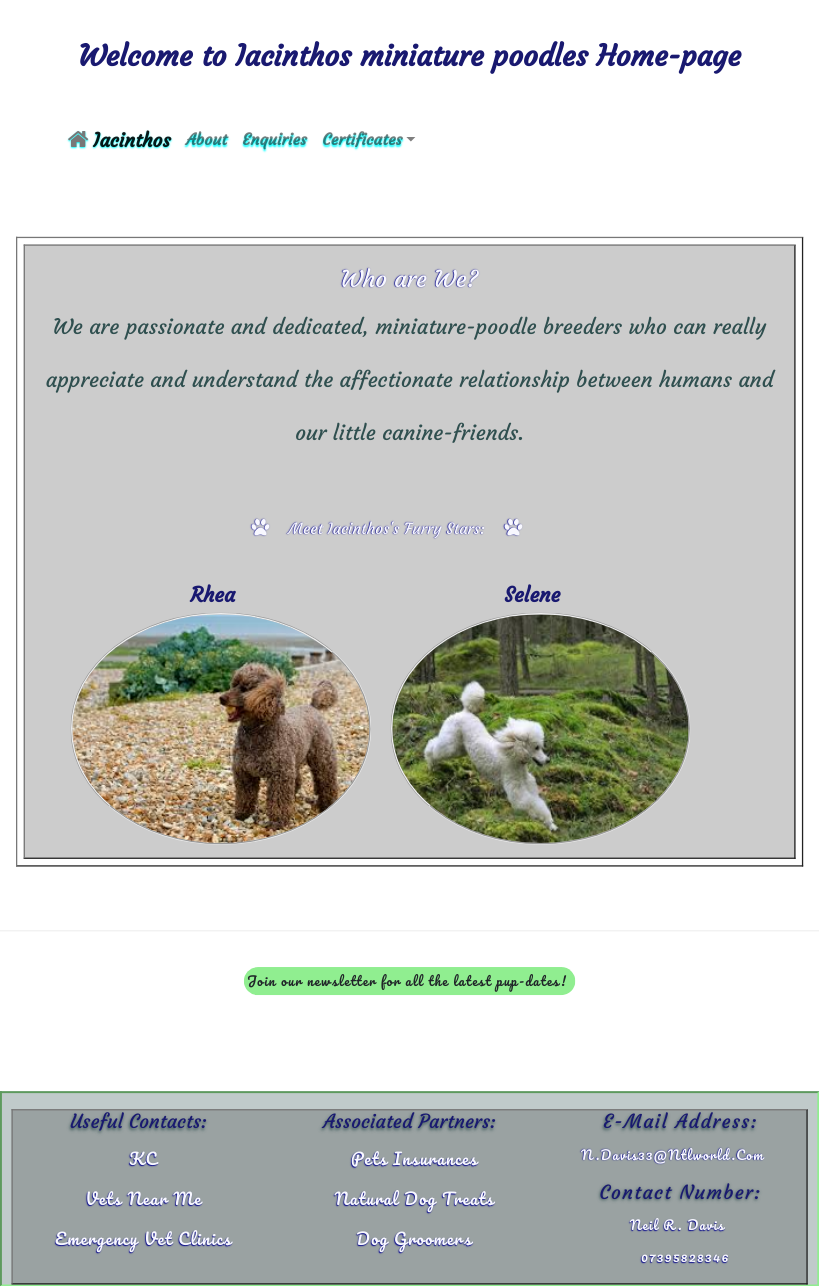
Repository: Code-Institute-Submissions/GeorgiosSklav-Iacinthos-blog
Page: index.html
The author's editor kept a record of every edit. The page is drawn from the files as they stood at one moment, then again after the next edit.
The browser window is 1280 px wide. The pictures show the whole page, at 64% of full size.

Above is the page before.

### index.html
<!DOCTYPE html>
<html lang="en">

<head>
    <meta charset="UTF-8">
    <meta name="viewport" content="width=device-width, initial-scale=1.0">
    <meta http-equiv="X-UA-Compatible" content="ie=edge">
    <link rel="stylesheet" href="https://stackpath.bootstrapcdn.com/bootstrap/4.3.1/css/bootstrap.min.css " integrity="sha384-ggOyR0iXCbMQv3Xipma34MD+dH/1fQ784/j6cY/iJTQUOhcWr7x9JvoRxT2MZw1T " crossorigin="anonymous">
    <title>Iacinthos mini Poodles</title>
    <link rel="stylesheet" href="https://stackpath.bootstrapcdn.com/font-awesome/4.7.0/css/font-awesome.min.css" integrity="sha384-wvfXpqpZZVQGK6TAh5PVlGOfQNHSoD2xbE+QkPxCAFlNEevoEH3Sl0sibVcOQVnN" crossorigin="anonymous">
    <link rel="stylesheet" href="style.css" type="text/css" />
</head>

<body>

    <!--Header-->

    <header class="container">
        <div class="row align-items-start homepage">
            <div class="col-12 logo">
                <h1>Welcome to Iacinthos miniature poodles Home-page</h1>
            </div>
        </div>
        <nav class="navbar navbar-light navbar-expand-sm">
            <div class="navbar-brand"><i class="fa fa-home"></i>Iacinthos</div>
            <button class="navbar-toggler ml-auto" type="button" data-toggle="collapse" data-target="#navbarNavDropdown" aria-controls="navbarNavDropdown">
            <span class="navbar-toggler-icon"></span></button>
            <div class="collapse navbar-collapse" id="navbarNavDropdown">
                <ul class="navbar-nav mt-auto mt-2 mt-lg-0">
                    <li class="nav-item item2 mr-2"><a class="nav-link" href="about-them.html">About</a></li>
                    <li class="nav-item mr-2"><a class="nav-link" href="request-form.html">Enquiries</a></li>
                    <li class="nav-item dropdown">
                        <div class="nav-link dropdown-toggle" id="navbarDropdownMenuLink" role="button" data-toggle="dropdown" aria-haspopup="true" aria-expanded="false">
                            Certificates</div>
                        <div class="dropdown-menu" aria-labelledby="navbarDropdownMenuLink">
                            <a class="dropdown-item" target="_blank" href="./Media/certificate.pdf"><i class="fa fa-download"></i>Kennel Club</a>
                            <a class="dropdown-item" target="_blank" href="./Media/lineage1.pdf"><i class="fa fa-download"></i>Blood-Lineage</a>
                        </div>
                    </li>
                </ul>
            </div>
        </nav>
    </header>

    <!--main-body-->

    <main>
        <div class="jumbotron-fluid about" id="frame">
            <div class="background-overlay">
                <div class="about">
                    <h3 class="about-title">Who are We?</h3>
                    <p>We are passionate and dedicated, miniature-poodle breeders who can really appreciate and understand the affectionate relationship between humans and our little canine-friends.</p>
                </div>

                <div class="container">
                    <div class="row introduction">
                        <div class="col-12 container-title capitalise">
                            <h4><i class="fa fa-paw" aria-hidden="true"></i>Meet Iacinthos's furry stars:<i class="fa fa-paw" aria-hidden="true"></i></h4>
                        </div>
                        <div class="col-10 offset-1 offset-sm-0 col-sm-6 offset-md-0 col-md-6">
                            <h5 class="dog-name">Rhea</h5>
                            <img src="./Media/photos/selene.jpg" class="img-50" alt="dog-white">
                        </div>
                        <div class="col-10 offset-1 offset-sm-0 col-sm-6 offset-md-0 col-md-6">
                            <h5 class="dog-name">Selene</h5>
                            <img src="./Media/photos/forest.jpg" class="img-50" alt="dog-brown">
                        </div>
                    </div>
                </div>
            </div>
        </div>
        <hr>

        <!--Modal-->

        <button type="button" class="btn btn-color" data-toggle="modal" data-target="#exampleModal">
  Join our newsletter for all the latest pup-dates!
</button>
        <div class="modal fade" id="exampleModal" tabindex="-1" role="dialog" aria-labelledby="exampleModalLabel" aria-hidden="true">
            <div class="modal-dialog" role="document">
                <div class="modal-content">
                    <div class="modal-header">
                        <h5 class="modal-title" id="exampleModalLabel">Join our family with a flick of your paw!</h5>
                        <button type="button" class="close" data-dismiss="modal" aria-label="Close">
                     <span aria-hidden="true">&times;</span>
        </button>
                    </div>
                    <div class="modal-body">
                        <form class="modal-newsletter">
                            <div class="form-group ">
                                <input type="email" class="form-control" id="InputEmail2" aria-describedby="InputEmail2" placeholder="Your Woof-mail....">
                            </div>
                            <div class="form-group">
                                <input type="password" class="form-control" id="InputPassword2" placeholder="....and a Woof-password">
                            </div>
                            <div class="form-group form-check">
                                <input type="checkbox" class="form-check-input" id="Check1">
                                <label class="form-check-label" for="Check1">Remember me</label>
                            </div>
                        </form>
                    </div>
                    <div class="modal-footer">
                        <button type="button" class="btn btn-danger" data-dismiss="modal">Close</button>
                        <button type="button" class="btn btn-info">Subscribe</button>
                    </div>
                </div>
            </div>
        </div>
    </main>

    <!--footer-->

    <footer class="container-fluid footer">
        <div class="background-overlay">
            <div class="row">

                <div class="col-12 col-md-3 col-lg-3">
                    <h4 class="social-title capitalise">Useful contacts:</h4>
                    <ul class="social-links">
                        <li>
                            <a target="_blank" href="https://www.thekennelclub.org.uk/">
                            <span class="capitalise">KC</span>
                        </a>
                        </li>
                        <li>
                            <a target="_blank" href="https://www.google.com/search?q=vet+near+me&oq=vet+near&aqs=chrome.0.0j69i57j0l4.4119j0j7&sourceid=chrome&ie=UTF-8">
                            <span class="capitalise">Vets near me</span>
                        </a>
                        </li>
                        <li>
                            <a target="_blank" href="https://www.google.com/search?q=emergency+vet+clinic+near+me&oq=emergency+vet&aqs=chrome.4.69i57j0l5.15430j0j7&sourceid=chrome&ie=UTF-8">
                            <span class="capitalise">Emergency vet clinics</span>
                        </a>
                        </li>

                    </ul>
                </div>
                <div class="col-12 col-md-3 col-lg-3">
                    <h4 class="social-title capitalise">Associated partners:</h4>
                    <ul class="social-links">
                        <li>
                            <a target="_blank" href="https://www.google.com/search?q=pet+insurance+near+me&oq=pet+ins&aqs=chrome.2.0j69i57j0l4.6094j0j7&sourceid=chrome&ie=UTF-8">
                            <span class="capitalise">pets insurances</span>
                        </a>
                        </li>
                        <li>
                            <a target="_blank" href="https://www.doglistener.co.uk/catalog/natural-dog-treats-0">
                            <span class="capitalise">natural dog treats</span>
                        </a>
                        </li>
                        <li>
                            <a target="_blank" href="https://www.google.com/search?q=dog+groomer+near+me&oq=dog+groomer&aqs=chrome.1.69i57j0l5.4790j0j7&sourceid=chrome&ie=UTF-8">
                            <span class="capitalise">Dog groomers</span>
                        </a>
                        </li>
                    </ul>
                </div>
               <div class="col-12 col-md-3 col-lg-3 contacts">
                    <h4 class="social-title capitalise">e-mail address:</h4>
                    <p class="capitalise social-links">
                        n.davis33@ntlworld.com
                    </p>
                    <h4 class="social-title capitalise">Contact number:</h4>
                    <ul class="social-links">
                        <li class="social-links capitalise">
                            neil r. davis
                        </li>
                        <li class="capitalise">
                            07395828346
                        </li>
                    </ul>
                </div>
            </div>
        </div>
    </footer>

    <script src="https://code.jquery.com/jquery-3.3.1.slim.min.js" integrity="sha384-q8i/X+965DzO0rT7abK41JStQIAqVgRVzpbzo5smXKp4YfRvH+8abtTE1Pi6jizo" crossorigin="anonymous"></script>
    <script src="https://cdnjs.cloudflare.com/ajax/libs/popper.js/1.14.7/umd/popper.min.js" integrity="sha384-UO2eT0CpHqdSJQ6hJty5KVphtPhzWj9WO1clHTMGa3JDZwrnQq4sF86dIHNDz0W1" crossorigin="anonymous"></script>
    <script src="https://stackpath.bootstrapcdn.com/bootstrap/4.3.1/js/bootstrap.min.js" integrity="sha384-JjSmVgyd0p3pXB1rRibZUAYoIIy6OrQ6VrjIEaFf/nJGzIxFDsf4x0xIM+B07jRM" crossorigin="anonymous"></script>
</body>

</html>

### style.css
@import url('https://fonts.googleapis.com/css?family=Courgette:100,200,300,400,500,600,700|Pacifico:100,200,300,400,500,600,700');

/*------------------------------------------------body background*/

body {
    line-height: 2.5;
    text-align: center;
}

.background-overlay {
    position: relative;
    height: 100%;
    width: 100%;
    padding: 0;
    background-color: rgba(0, 0, 0, 0.2);
    border: 2px outset #777;
}

h1 {
    font-family: "Courgette", sans-serif;
    font-weight: 700;
    font-size: 45px;
    color: #191970;
    margin-top: 35px;
    margin-bottom: 5px;
    padding-top: 25px;
}

.heading {
    margin: 25px;
}

.capitalise {
    text-transform: capitalize;
}

/*------------------------------------------------Navbar*/

.navbar {
    word-wrap: normal;
   margin-bottom: 100px;
   margin-top: 50px;
}

.navbar-light {
    font-family: 'Courgette', sans-serif;
    font-weight: 600;
    font-size: 25px;
    text-shadow: 0px 2px 3px #00ffff;
}

.nav-link {
margin: 0;
 right:0;
 bottom: 0;
 color: #fff;
}

.nav-link:hover {
    background-color: rgba(120, 0, 50, .1);
}
.dropdown {
    margin-left: 0;
    padding: 0;
}
.dropdown-menu {
    background-color: #a9a9a9;
    font-weight: 600;
    font-size: 20px;
 padding:0;
}

.dropdown-menu ul li:hover {
    background-color: #a9a9a9;
}

.ml-auto {
    background-color: #a9a9a9;
}

.navbar i {
    font-size: 35px;
    padding-top: 0;
    padding-bottom: 5px;
    padding-right: 2px;
    margin: 5px;
    color: #777;
}

.navbar-brand {
    font-size: 30px;
}

.fa-download {
    margin-right: 2px;
    margin-left: 2px;
}

.fa-download:hover {
    color: #fff;
}

/*------------------------------------------Media queries*/

@media (max-width: 300px) {
    .ml-auto:hover {
        background-color: #777;
    }
    .dropdown-item:hover {
        background-color: #777;

    }
    #navbarNavDropdown {
        background-color: #a9a9a9;
    }


    #navbarNavDropdown ul li:hover {
        background-color: #90ee90;
    }
}



@media (max-width: 3800px) {
    .dropdown-menu {
        background-color: rgba(120, 0, 50, .3);

    }
    .dropdown-item:hover {
        background-color: #777;
        color: #fff;
    }
    .col-lg-3 {
        flex: 30%;
        max-width: 100%;
    }
}

/*------------------------------------------------Homepage*/

.homepage a {
    text-decoration: none;
    height: 100%;
}

.introduction {
    height: 90%;
    width: 90%;
}

.img-10 {
    float: left;
    width: 15%;
    border-radius: 50%;
    border: groove #777;
}

.img-20 {
    float: right;
    width: 20%;
    border-radius: 50%;
    border: groove #777;
    margin: 2px;
}

.img-30 {
    float: left;
    width: 30%;
    border: groove #777;
    margin: 2px;
}

.img-50 {
    margin-left: 25px;
    margin-bottom: 20px;
    width: 100%;
    float: none;
    border-style: groove;
    border-radius: 50%;
}

/*--------------------------------------------texts,p*/

.container-title {
    text-align: center;
    margin: 35px;
    font-family: "Courgette", sans-serif;
    color: #f8f8ff;
    text-shadow: -1px 1px 2px #00008b;
}

.container-title i {
    font-size: 30px;
    padding: 15px;
    margin: 15px;
}

.dog-name {
    font-family: "Courgette", sans-serif;
    font-weight: 700;
    font-size: 32px;
    margin-left: 25px;
    color: #191970;
}

/*----------------------------------------about us section*/

.about {
    margin: 25px;
    font-family: "Courgette", sans-serif;
    font-size: 33px;
    color: #2f4f4f;
}

.about .about-title {
    color: #f8f8ff;
    text-shadow: -1px 1px 2px #00008b;
    font-size: 36px;
    padding: 5px 2px;
}

#frame {
    border: 2px outset #777;
    font-size: 33px;
    margin-top: 45px;
    margin-bottom: 100px;
    padding: 10px;
    font-weight: 200;
    background-color: #fff;
}

/*----------------------------------------newsletter button*/

.btn-color {
    background-color: #90ee90;
    font-family: "Pacifico", sans-serif;
    font-size: 20px;
    letter-spacing: 2px;
    margin: 40px 25px 150px;
    padding-left: 4px;
    border-radius: 50px;
}

.btn-color:hover {
    color: #90ee90;
    background-color: #777;
}

/*----------------------------------------Modal styling*/

.modal-title {
    font-family: "Pacifico", sans-serif;
    font-size: 25px;
    margin: 10px 5px;
}

.modal-content {
    background-color: #90ee90;
    text-shadow: -3px 2px 0.5px #ffefd5;
    color: #777;
}

.modal-footer .btn-danger,
.btn-info {
    margin-right: 20px;
}

.modal-body {
    padding: 0 15px 0 15px;
    top: 5px;
    bottom: 0;
    margin-top: 10px;
}


/*----------------------------------------footer*/

.footer {
    border: 3px inset #90ee90;
    background-color: rgba(47, 79, 79, .3);
    padding-top: 25px;
    margin: 0 5px 0 0;
    text-align: center;
    display: run-in;
}


.contacts .social-title {
    font-family: "Courgette", sans-serif;
    font-size: 30px;
    font-weight: 400;
    letter-spacing: 2px;
    color: #191970;
}


.social-links {
    list-style: none;
    padding-right: 25px;
    font-family: "Pacifico", sans-serif;
    color: #f8f8ff;
    font-size: 20px;
    font-weight: 300;
    letter-spacing: 2px;
    text-shadow: -1px 1px 2px #00008b;
}

.social-links li a {
    text-decoration: none;
    font-family: "Pacifico", sans-serif;
    font-size: 25px;
    font-weight: 400;
    letter-spacing: 2px;
    color: #f8f8ff;
    text-shadow: -1px 1px 2px #00008b;
}

.social-links li a:hover {
    color: #90ee90;
}

.social-links li i {
    font-size: 30px;
    height: 45px;
    width: 45px;
}

.social-title {
    word-break: keep-all;
    margin-left: 50px;
    margin-right: 50px;
    font-size: 30px;
    font-family: "Courgette", sans-serif;
    color: #191970;
    text-shadow: -1px 2px 5px #2f4f4f;
}

.contact-heading {
    font-family: "Courgette", sans-serif;
    font-weight: 300;
    margin-top: 25px;
    margin-bottom: 20px;
}

.form-control {
    font-size: 20px;
    background-color: #90ee90;
}

.control {
    background-color: #90ee90;
}

.center-form {
    padding: 15px 5px 10px;
    margin: 15px auto;
    max-width: 80%;
}

button[type="submit"] {
    margin-bottom: 20px;
    margin-top: 13px;
    color: #90ee90;
    background-color: #777;
}

button[type="submit"]:hover {
    background-color: #90ee90;
    color: #777;
}

After the next edit:
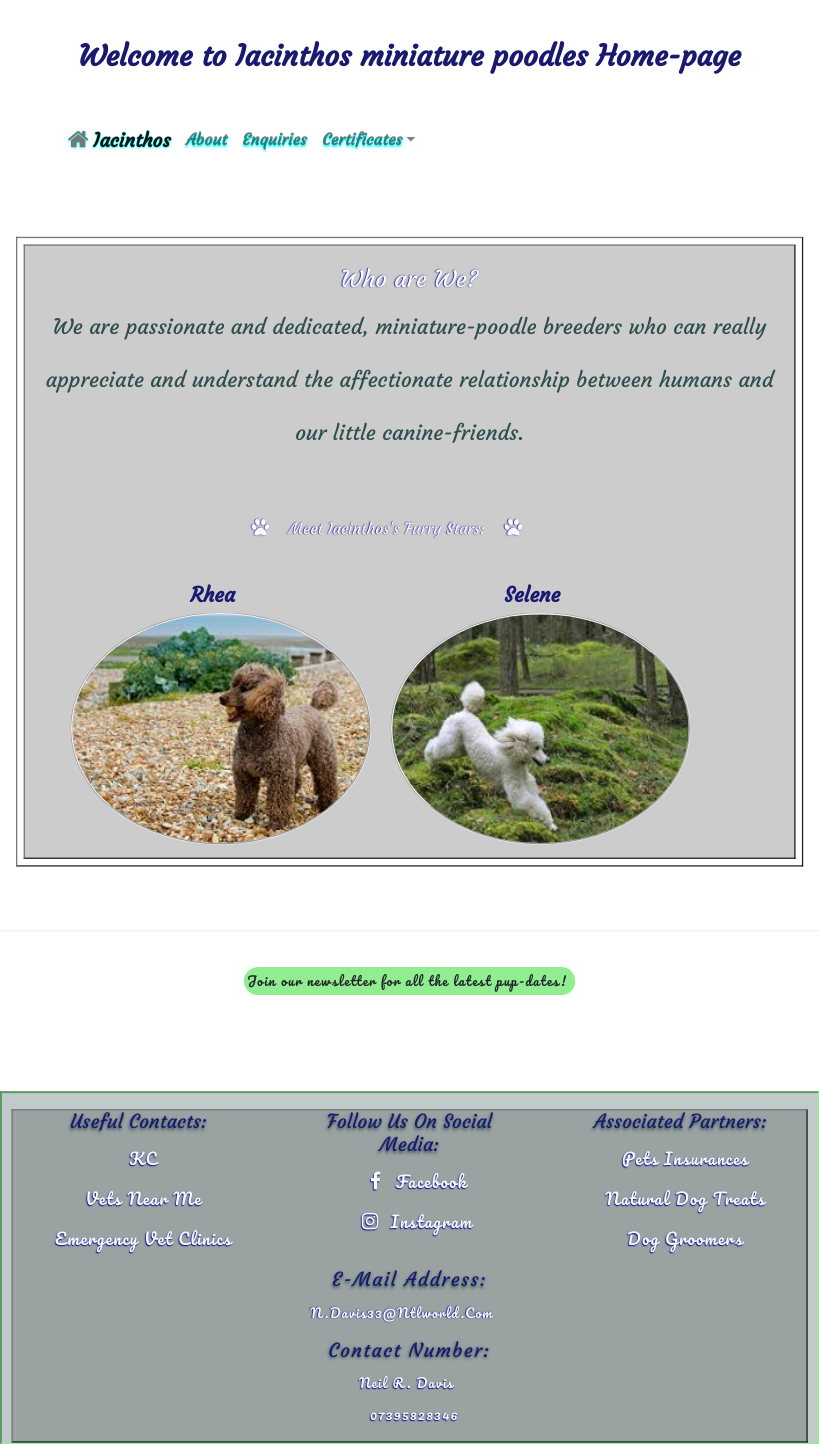
The edit:
--- a/index.html
+++ b/index.html
@@ -135,7 +135,24 @@
 
                     </ul>
                 </div>
-                <div class="col-12 col-md-3 col-lg-3">
+                <div class="col-12 col-md-12 col-lg-3">
+                    <h4 class="social-title capitalise">Follow us on social media:</h4>
+                    <ul class="social-links">
+                        <li>
+                            <a target="_blank" href="https://www.facebook.com/neil.davis.9862">
+                            <i class="fa fa-facebook"></i>
+                            <span>Facebook</span>
+                        </a>
+                        </li>
+                        <li>
+                            <a target="_blank" href="https://instagram.com/neilr.davis?igshid=wmi0mqp5d2se">
+                            <i class="fa fa-instagram"></i>
+                            <span>Instagram</span>
+                        </a>
+                        </li>
+                    </ul>
+                </div>
+                <div class="col-12 col-md-12 col-lg-3">
                     <h4 class="social-title capitalise">Associated partners:</h4>
                     <ul class="social-links">
                         <li>
@@ -155,7 +172,7 @@
                         </li>
                     </ul>
                 </div>
-               <div class="col-12 col-md-3 col-lg-3 contacts">
+                <div class="col-12 col-md-3 col-lg-3 contacts">
                     <h4 class="social-title capitalise">e-mail address:</h4>
                     <p class="capitalise social-links">
                         n.davis33@ntlworld.com
